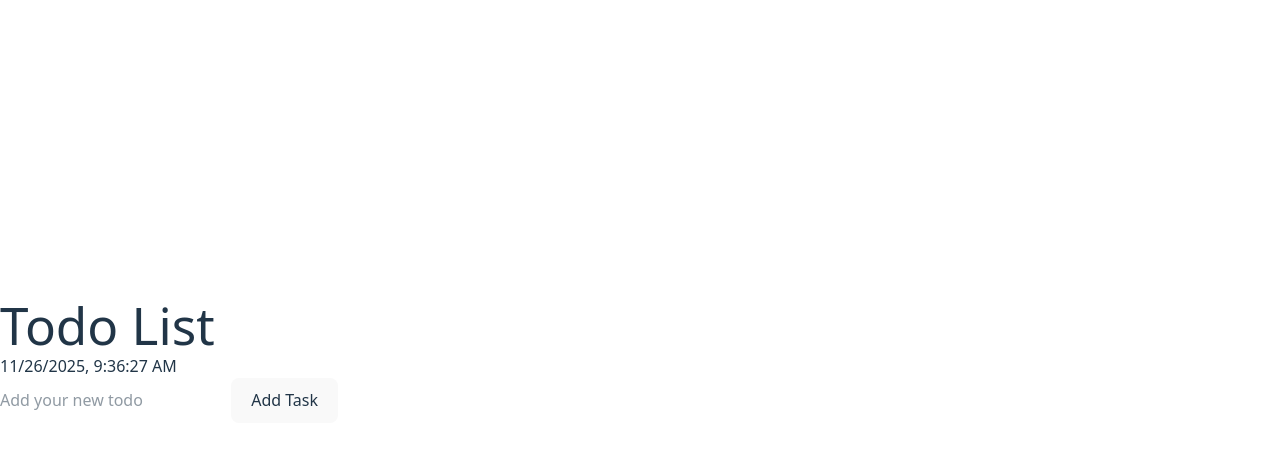
Repository: rushikesh-kolpe21/React_lectures
Page: / (app in React_bun/)
These files come from the project's save history. The page is drawn as it stood at one moment and after the next save; the edit follows.
The browser window is 1280 px wide. The pictures show the whole page.
The project was rebuilt for these pictures with package versions that can differ from the ones it lists, and the page was loaded fresh each time. Also part of the build but not shown: React_bun/vite.config.js, React_bun/src/components/DericedState.jsx, React_bun/src/components/EventProps.jsx, React_bun/src/components/SeriesCards.jsx, React_bun/src/components/Netflix.jsx, React_bun/src/components/Profile.jsx, React_bun/src/components/ToogleSwitch.jsx.

Above is the page before, as saved 2025-12-05 17:21:22.

After the next save:
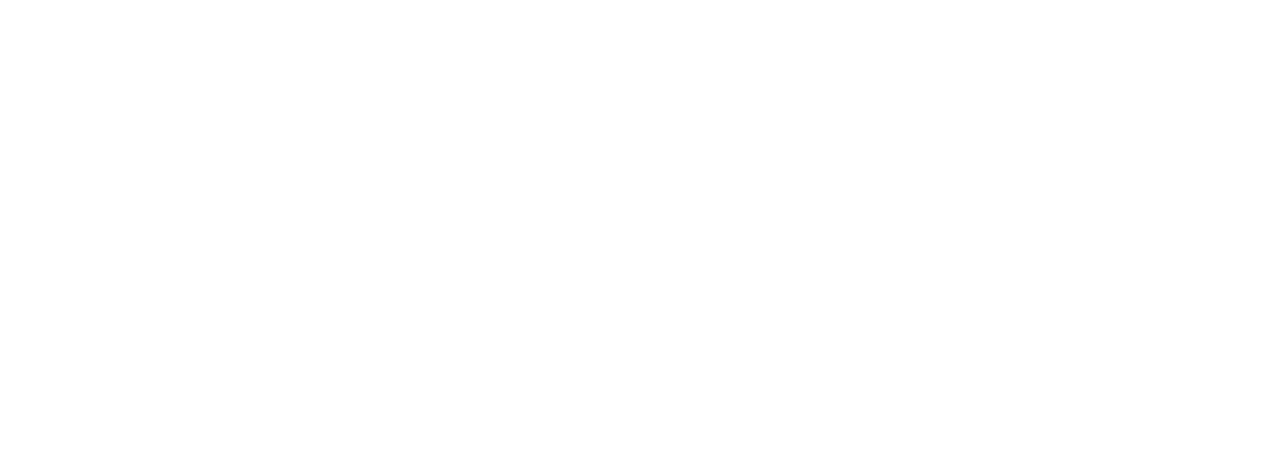
Console error: ReferenceError: handleClearAll is not defined
Saved 3 min 26 s later.
--- a/React_bun/src/projects/Todo/Todo.jsx
+++ b/React_bun/src/projects/Todo/Todo.jsx
@@ -42,7 +42,6 @@
     // Handle delete button
     const handleDelButton = (index) => {
         console.log("Delete button clicked");
-        // Logic to delete the todo item will go here
         const updatedTodoList = todoList.filter((item, idx)=> idx !== index);
         setTodoList(updatedTodoList);
     }
@@ -85,6 +84,7 @@
                         <li key={index}>{currTodo} <button onClick={() => handleDelButton(index)}>Del</button></li>
                     )
                 })}
+                <button onClick={handleClearAll}>Clear All</button>
             </ul>
            </section>
         </section>

After the save that followed:
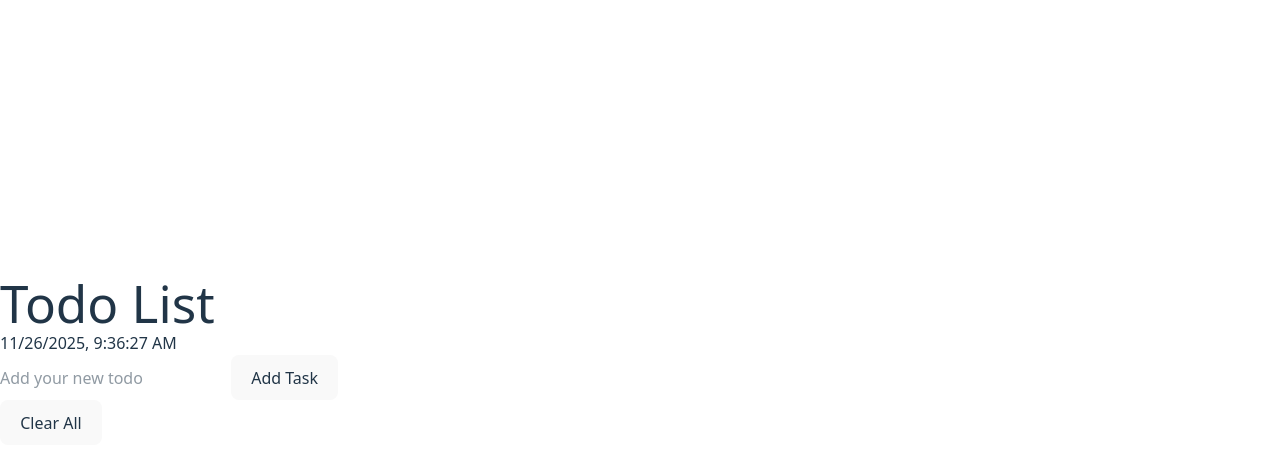
The error is gone.
Saved 35 s later.
--- a/React_bun/src/projects/Todo/Todo.jsx
+++ b/React_bun/src/projects/Todo/Todo.jsx
@@ -46,6 +46,11 @@
         setTodoList(updatedTodoList);
     }
 
+    // Handle clear all button
+    const handleClearAll=()=>{
+        setTodoList([]); // Clear the entire todo list by setting it to an empty array
+    }
+
 
      //TODO DATE - TIME
     useEffect(()=> {
